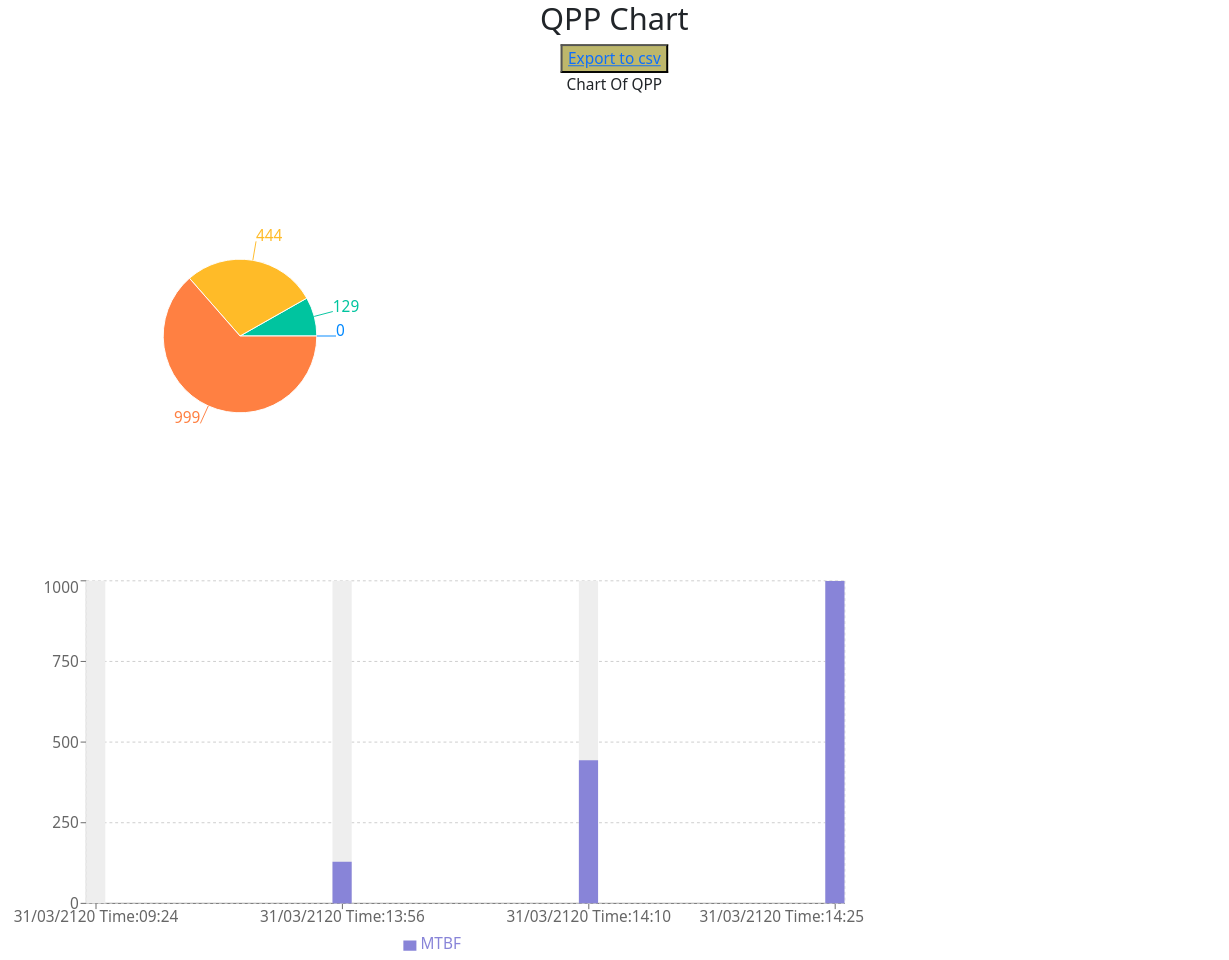
Repository: exiled-kal/ReactChartPrac
Page: /
An editor plug-in stored every save of this project. The page is shown before and after the next save, followed by the edit.
The browser window is 1280 px wide. The pictures show the whole page, at 96% of full size.
The project was rebuilt for these pictures with package versions that can differ from the ones it lists, and the page was loaded fresh each time.

Above is the page before, as saved 2021-04-18 19:54:23.

### src/App.js
import './App.css';
import {CSVLink} from 'react-csv';

import {
  PieChart,
  Pie,
  Tooltip,
  BarChart,
  Bar,
  XAxis,
  YAxis,
  CartesianGrid,
  Legend,
  Cell,
} from 'recharts';

const data = [
  {
    StartDateTime: '31/03/2120 Time:09:24',
    SystemUpTime: 6,
    OperationTime: 0,
    DownTime: 0,
    IdleTime: 0,
    MTBF: 0,
    MTBA: 0,
    TotalQuantityIn: 0,
    TotalQuantityOut: 0,
    TotalPassed: 0,
    TotalFailed: 0,
    TotalYield: 0,
    SoftJam: 0,
    HardJam: 0,
    SprintUPH: 514,
  },
  {
    LotID: 'QPP_Test',
    ProductType: 'RB',
    StartDateTime: '31/03/2120 Time:13:56',
    SystemUpTime: 499,
    OperationTime: 129,
    DownTime: 0,
    IdleTime: 364,
    MTBF: 129,
    MTBA: 129,
    TotalQuantityIn: 33,
    TotalQuantityOut: 12,
    TotalPassed: 2,
    TotalFailed: 10,
    TotalYield: 16,
    SoftJam: 0,
    HardJam: 0,
    SprintUPH: 514,
  },
  {
    LotID: 'QPP_Test',
    ProductType: 'RB',
    StartDateTime: '31/03/2120 Time:14:10',
    SystemUpTime: 1481,
    OperationTime: 444,
    DownTime: 0,
    IdleTime: 1028,
    MTBF: 444,
    MTBA: 444,
    TotalQuantityIn: 33,
    TotalQuantityOut: 28,
    TotalPassed: 4,
    TotalFailed: 24,
    TotalYield: 14,
    SoftJam: 0,
    HardJam: 0,
    SprintUPH: 514,
  },
  {
    LotID: 'QPP_Test',
    ProductType: 'RB',
    StartDateTime: '31/03/2120 Time:14:25',
    SystemUpTime: 2680,
    OperationTime: 999,
    DownTime: 0,
    IdleTime: 1581,
    MTBF: 999,
    MTBA: 999,
    TotalQuantityIn: 33,
    TotalQuantityOut: 170,
    TotalPassed: 61,
    TotalFailed: 109,
    TotalYield: 35,
    SoftJam: 0,
    HardJam: 0,
    SprintUPH: 514,
  },
];

const COLORS = ['#0088FE', '#00C49F', '#FFBB28', '#FF8042', '#ff0000'];

const csvReport = {
  filename: './data/data.csv',
  data: data,
};

function App() {
  return (
    <div style={{textAlign: 'center'}}>
      <h2>QPP Chart</h2>
      <button className="csv__button">
        <CSVLink {...csvReport}>Export to csv</CSVLink>
      </button>
      <br />
      <div className="App">
      Chart Of QPP
        <PieChart width={500} height={500}>
          <Pie
            dataKey="MTBF"
            isAnimationActive={true}
            data={data}
            cx="50%"
            cy="50%"
            outerRadius={80}
            fill="#8884d8"
            label="Start Date Time"
          >
            {data.map((entry, index) => (
              <Cell
                key={`cell-${index}`}
                fill={COLORS[index % COLORS.length]}
              />
            ))}
          </Pie>
          <Tooltip />
        </PieChart>
        <BarChart
          width={900}
          height={400}
          data={data}
          margin={{
            top: 5,
            right: 20,
            left: 30,
            bottom: 5,
          }}
          barSize={20}
        >
          <XAxis
            dataKey="StartDateTime"
            scale="point"
            padding={{left: 10, right: 10}}
          />

          <YAxis />
          <Tooltip />
          <Legend />
          <CartesianGrid strokeDasharray="3 3" />
          <Bar dataKey="MTBF" fill="#8884d8" background={{fill: '#eee'}} />
        </BarChart>
      </div>
    </div>
  );
}

export default App;

### src/App.css
.App {
  text-align: center;
  /* display: flex; */
  justify-content: space-around;
  align-items: center;
  background-color: #ffff;
}

.csv__button {
  background-color: darkkhaki;
  color: #ffff;
}

.csv__button:hover {
  color: darkkhaki;
  background-color: #ffff;
}

Loaded but not shown: public/index.html (common file); src/index.js (common file); src/index.css (common file); src/reportWebVitals.js (common file)

After the next save:
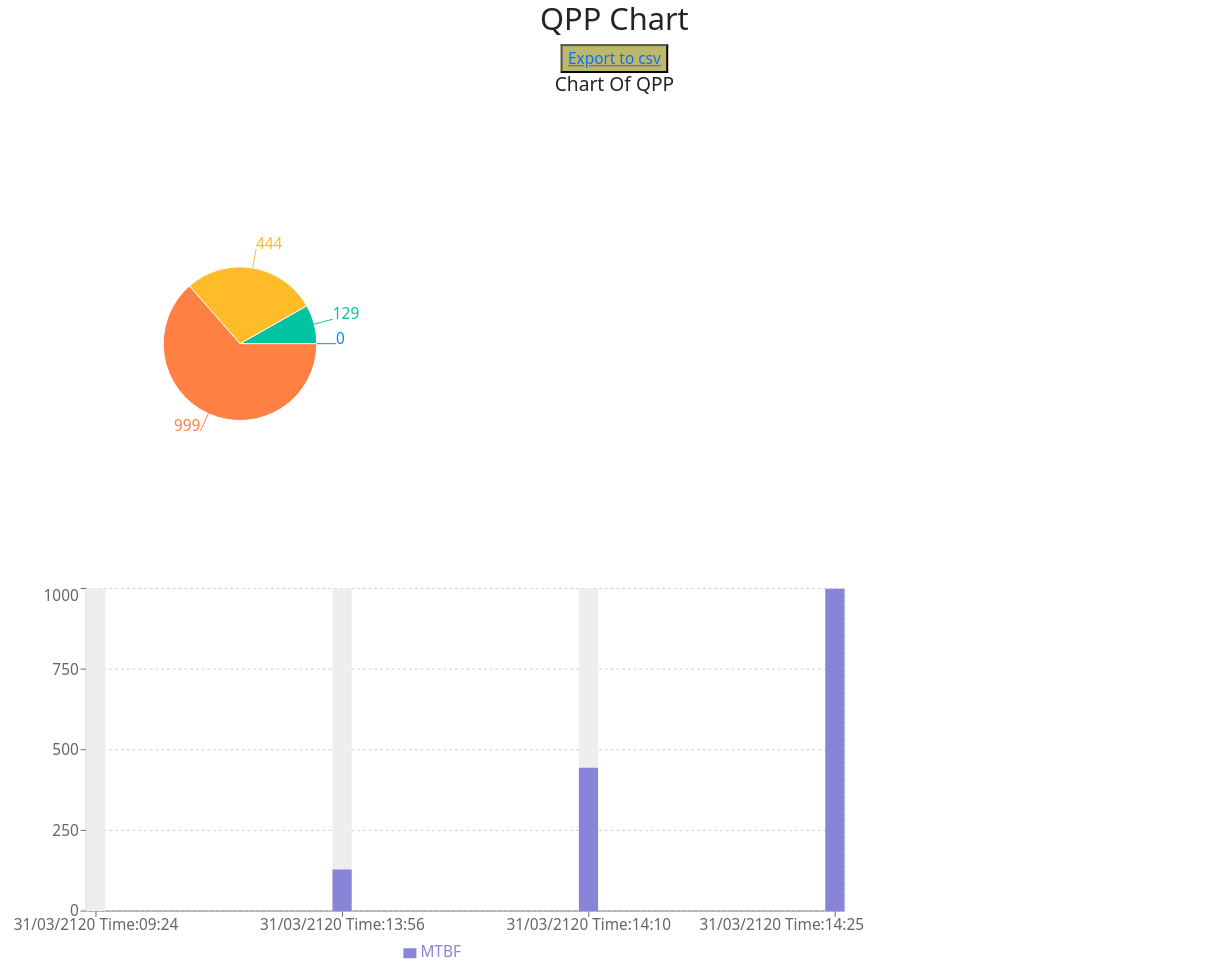
Saved 11 s later.
--- a/src/App.js
+++ b/src/App.js
@@ -107,7 +107,7 @@ function App() {
       </button>
       <br />
       <div className="App">
-      Chart Of QPP
+        <h5>Chart Of QPP</h5>
         <PieChart width={500} height={500}>
           <Pie
             dataKey="MTBF"
